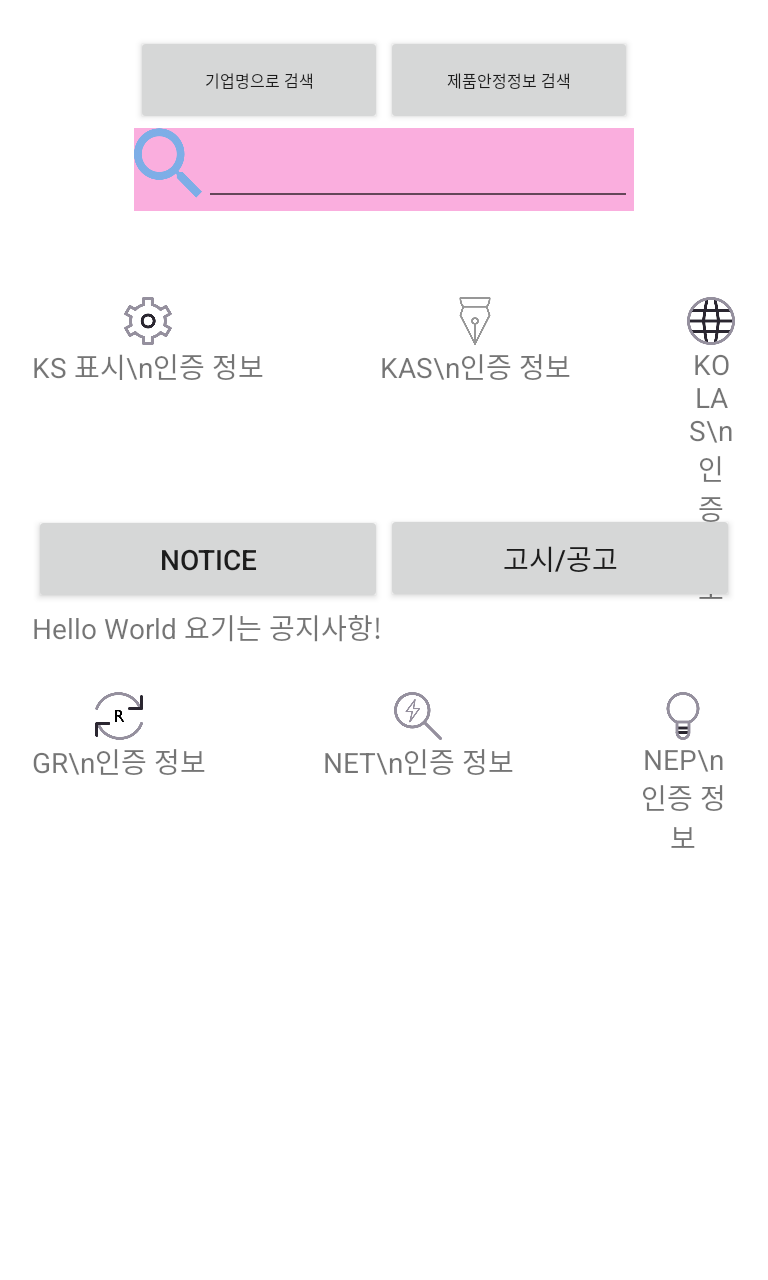
Repository: team-peony/ccfinder
Layout: android/CertifiedCompanyFinder/res/layout/fragment_main.xml
These files come from the project's save history. The layout is drawn as it stood at one moment and after the next save; the edit follows.
It is drawn on a 768 x 1280 px phone screen (xhdpi) without system bars, with theme AppTheme; the app's code is not run.

Above is the layout before, as saved 2015-02-18 17:14:17.

### android/CertifiedCompanyFinder/res/layout/fragment_main.xml
<RelativeLayout xmlns:android="http://schemas.android.com/apk/res/android"
    xmlns:tools="http://schemas.android.com/tools"
    android:layout_width="match_parent"
    android:layout_height="match_parent"
    android:paddingBottom="@dimen/activity_vertical_margin"
    android:paddingLeft="@dimen/activity_horizontal_margin"
    android:paddingRight="@dimen/activity_horizontal_margin"
    android:paddingTop="@dimen/activity_vertical_margin"
    android:background="#FFFFFF"
    tools:context="com.peony.ccfinder.MainActivity$PlaceholderFragment" >

    <!-- 검색어 입력창 부분 -->
    <LinearLayout
        android:id="@+id/main_llSearch"
        android:layout_centerHorizontal="true"
        android:layout_width="250dp"
        android:layout_height="wrap_content"
        android:orientation="vertical">

        <LinearLayout
            android:layout_width="match_parent"
            android:layout_height="wrap_content"
            android:orientation="horizontal">
            <Button
                android:id="@+id/main_btnCompany"
                android:layout_width="0dp"
                android:layout_height="wrap_content"
                android:layout_weight="1"
                android:padding="0dp"
                android:textSize="8sp"
                android:text="기업명으로 검색"/>

            <Button
                android:id="@+id/main_btnSafety"
                android:layout_width="0dp"
                android:layout_height="wrap_content"
                android:layout_weight="1"
                android:padding="0dp"
                android:textSize="8sp"
                android:text="제품안정정보 검색"/>

        </LinearLayout>

        <LinearLayout
            android:layout_width="match_parent"
            android:layout_height="wrap_content"
            android:orientation="horizontal"
            android:background="@color/cc_color_bage">

            <ImageView
                android:layout_width="34dp"
                android:layout_height="35dp"
                android:src="@drawable/search_icon" />

            <EditText
                android:id="@+id/main_etKeyword"
                android:layout_width="match_parent"
                android:layout_height="wrap_content"/>

        </LinearLayout>
    </LinearLayout>


    <!-- 카테고리 부분 -->
    <LinearLayout
        android:id="@+id/main_llCategories"
        android:layout_width="wrap_content"
        android:layout_height="wrap_content"
        android:layout_marginTop="43dp"
        android:orientation="vertical"
        android:layout_centerHorizontal="true"
        android:layout_below="@id/main_llSearch">
        <!-- 카테고리 상단 -->
        <LinearLayout
            android:layout_width="wrap_content"
            android:layout_height="wrap_content"
            android:orientation="horizontal">

            <!-- KS -->
            <LinearLayout
                android:id="@+id/main_llCategoryKs"
                android:layout_width="wrap_content"
                android:layout_height="wrap_content"
                android:orientation="vertical"
                android:gravity="center">
	            <ImageView
	                android:layout_width="@dimen/category_icon_size"
	                android:layout_height="@dimen/category_icon_size"
	                android:src="@drawable/ks_icon" />

	            <TextView
	                android:layout_width="wrap_content"
	                android:layout_height="wrap_content"
	                android:text="KS 표시\n인증 정보"
	                android:gravity="center"/>
	        </LinearLayout>

            <!-- KAS -->
            <LinearLayout
                android:id="@+id/main_llCategoryKas"
                android:layout_width="wrap_content"
                android:layout_height="wrap_content"
                android:layout_marginLeft="@dimen/category_padding"
                android:layout_marginRight="@dimen/category_padding"
                android:orientation="vertical"
                android:gravity="center">
	            <ImageView
	                android:layout_width="@dimen/category_icon_size"
	                android:layout_height="@dimen/category_icon_size"
	                android:src="@drawable/kas_icon" />

	            <TextView
	                android:layout_width="wrap_content"
	                android:layout_height="wrap_content"
	                android:text="KAS\n인증 정보"
	                android:gravity="center"/>
	        </LinearLayout>

            <!-- KOLAS -->
            <LinearLayout
                android:id="@+id/main_llCategoryKolas"
                android:layout_width="wrap_content"
                android:layout_height="wrap_content"
                android:orientation="vertical"
                android:gravity="center">
	            <ImageView
	                android:layout_width="@dimen/category_icon_size"
	                android:layout_height="@dimen/category_icon_size"
	                android:src="@drawable/kolas_icon" />

	            <TextView
	                android:layout_width="wrap_content"
	                android:layout_height="wrap_content"
	                android:text="KOLAS\n인증 정보"
	                android:gravity="center"/>
	        </LinearLayout>

        </LinearLayout>


        <!-- 카테고리 하단 -->
        <LinearLayout
            android:layout_marginTop="42dp"
            android:layout_width="wrap_content"
            android:layout_height="wrap_content"
            android:orientation="horizontal">
            <!-- GR -->
            <LinearLayout
                android:id="@+id/main_llCategoryGr"
                android:layout_width="wrap_content"
                android:layout_height="wrap_content"
                android:orientation="vertical"
                android:gravity="center">
	            <ImageView
	                android:layout_width="@dimen/category_icon_size"
	                android:layout_height="@dimen/category_icon_size"
	                android:src="@drawable/gr_icon" />

	            <TextView
	                android:layout_width="wrap_content"
	                android:layout_height="wrap_content"
	                android:text="GR\n인증 정보"
	                android:gravity="center"/>
	        </LinearLayout>

            <!-- NET -->
            <LinearLayout
                android:id="@+id/main_llCategoryNet"
                android:layout_width="wrap_content"
                android:layout_height="wrap_content"
                android:layout_marginLeft="@dimen/category_padding"
                android:layout_marginRight="@dimen/category_padding"
                android:orientation="vertical"
                android:gravity="center">
	            <ImageView
	                android:layout_width="@dimen/category_icon_size"
	                android:layout_height="@dimen/category_icon_size"
	                android:src="@drawable/net_icon" />

	            <TextView
	                android:layout_width="wrap_content"
	                android:layout_height="wrap_content"
	                android:text="NET\n인증 정보"
	                android:gravity="center"/>
	        </LinearLayout>

            <!-- NEP -->
            <LinearLayout
                android:id="@+id/main_llCategoryNep"
                android:layout_width="wrap_content"
                android:layout_height="wrap_content"
                android:orientation="vertical"
                android:gravity="center">
	            <ImageView
	                android:layout_width="@dimen/category_icon_size"
	                android:layout_height="@dimen/category_icon_size"
	                android:src="@drawable/nep_icon" />

	            <TextView
	                android:layout_width="wrap_content"
	                android:layout_height="wrap_content"
	                android:text="NEP\n인증 정보"
	                android:gravity="center"/>
	        </LinearLayout>

        </LinearLayout>

    </LinearLayout>

    <!-- 공지 사항 -->
    <LinearLayout
        android:id="@+id/main_llNoticeArea"
        android:layout_width="match_parent"
        android:layout_height="wrap_content"
        android:orientation="vertical"
        android:layout_alignParentBottom="true">

        <!-- 공지 탭 -->
        <LinearLayout
            android:layout_width="match_parent"
            android:layout_height="wrap_content"
            android:orientation="horizontal">
            <Button
	            android:id="@+id/main_btnTabNotice"
	            android:layout_width="0dp"
	            android:layout_height="wrap_content"
	            android:layout_weight="1"
	            android:text="NOTICE"/>

	        <Button
	            android:id="@+id/main_btnTabGosi"
	            android:layout_width="0dp"
	            android:layout_height="wrap_content"
	            android:layout_weight="1"
	            android:text="고시/공고"/>
        </LinearLayout>

        <TextView
            android:layout_width="match_parent"
            android:layout_height="150dp"
            android:text="Hello World 요기는 공지사항!"/>

        <Button
	            android:id="@+id/main_btnReadMore"
	            android:layout_width="0dp"
	            android:layout_height="wrap_content"
	            android:layout_weight="1"
	            android:text="Read more"/>
    </LinearLayout>

</RelativeLayout>

### android/CertifiedCompanyFinder/res/values/styles.xml
<resources>

    <!--
        Base application theme, dependent on API level. This theme is replaced
        by AppBaseTheme from res/values-vXX/styles.xml on newer devices.
    -->
    <style name="AppBaseTheme" parent="Theme.AppCompat.Light">
        <!--
            Theme customizations available in newer API levels can go in
            res/values-vXX/styles.xml, while customizations related to
            backward-compatibility can go here.
        -->
    </style>

    <!-- Application theme. -->
    <style name="AppTheme" parent="AppBaseTheme">
        <!-- All customizations that are NOT specific to a particular API-level can go here. -->
    </style>

</resources>

### android/CertifiedCompanyFinder/res/values/dimens.xml
<resources>

    <!-- Default screen margins, per the Android Design guidelines. -->
    <dimen name="activity_horizontal_margin">16dp</dimen>
    <dimen name="activity_vertical_margin">16dp</dimen>
	<dimen name="category_icon_size">24dp</dimen>
	<dimen name="category_padding">58dp</dimen>
</resources>

### android/CertifiedCompanyFinder/res/values/colors.xml
<?xml version="1.0" encoding="utf-8"?>
<resources>
    <color name="cc_color_bage">#faaede</color>

</resources>

Loaded but not shown: android/CertifiedCompanyFinder/res/values-v11/styles.xml (common file); android/CertifiedCompanyFinder/res/values-v14/styles.xml (common file); android/CertifiedCompanyFinder/res/values-w820dp/dimens.xml (common file)

After the next save:
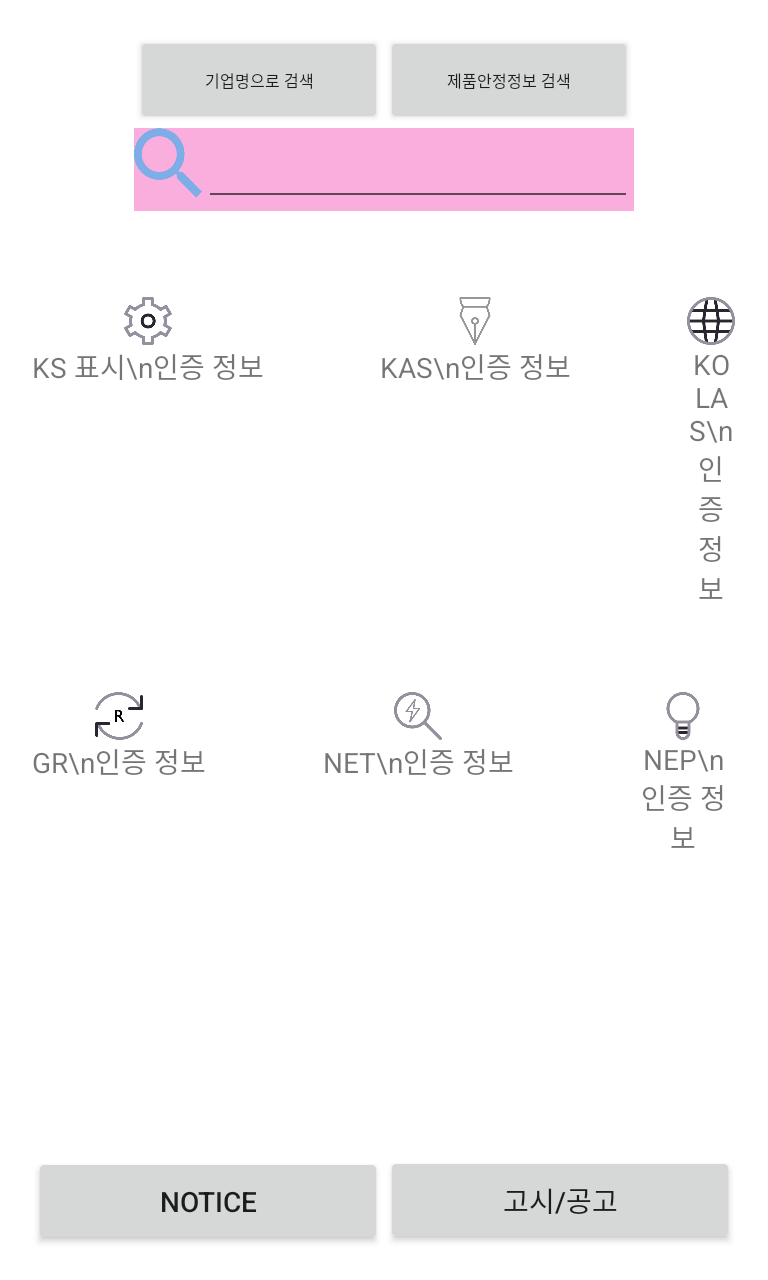
Saved 26 s later.
--- a/android/CertifiedCompanyFinder/res/layout/fragment_main.xml
+++ b/android/CertifiedCompanyFinder/res/layout/fragment_main.xml
@@ -235,17 +235,7 @@
 	            android:text="고시/공고"/>
         </LinearLayout>
 
-        <TextView
-            android:layout_width="match_parent"
-            android:layout_height="150dp"
-            android:text="Hello World 요기는 공지사항!"/>
-
-        <Button
-	            android:id="@+id/main_btnReadMore"
-	            android:layout_width="0dp"
-	            android:layout_height="wrap_content"
-	            android:layout_weight="1"
-	            android:text="Read more"/>
+
     </LinearLayout>
 
 </RelativeLayout>

After the save that followed:
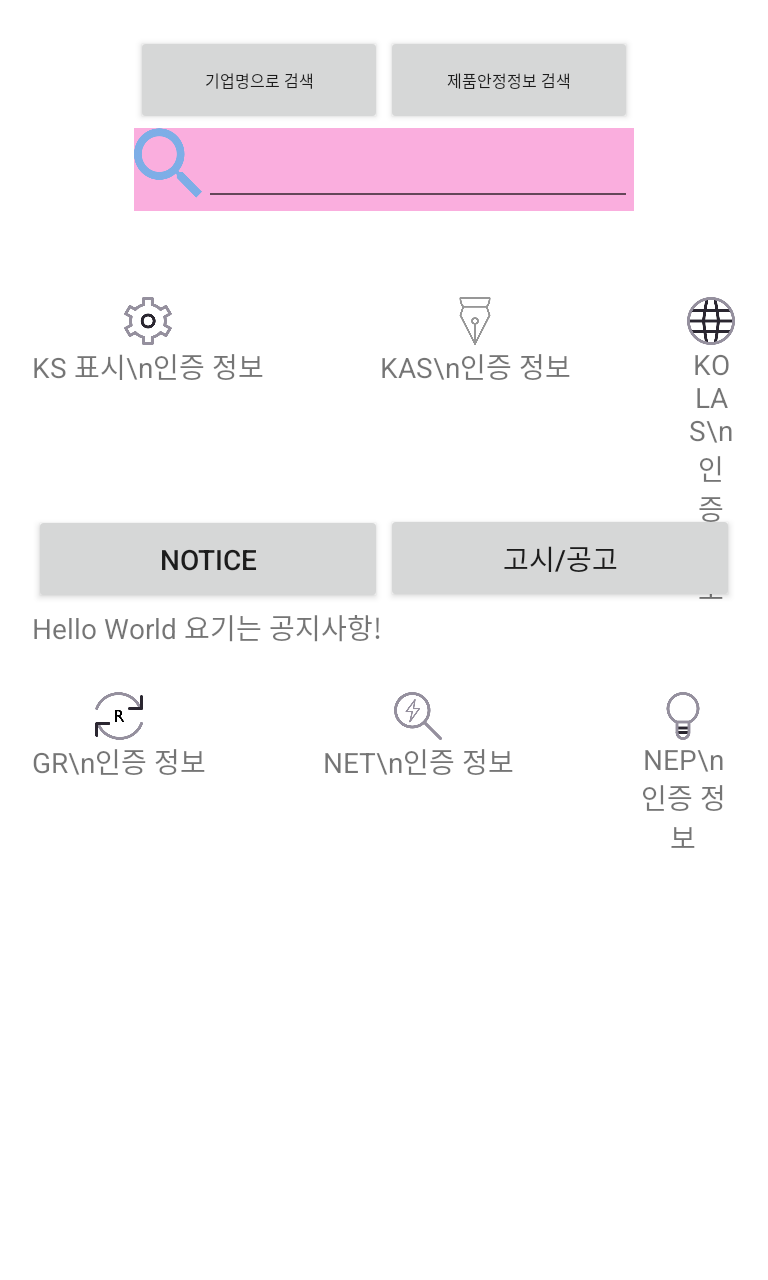
Saved 6 s later.
--- a/android/CertifiedCompanyFinder/res/layout/fragment_main.xml
+++ b/android/CertifiedCompanyFinder/res/layout/fragment_main.xml
@@ -235,7 +235,17 @@
 	            android:text="고시/공고"/>
         </LinearLayout>
 
-
+        <TextView
+            android:layout_width="match_parent"
+            android:layout_height="150dp"
+            android:text="Hello World 요기는 공지사항!"/>
+
+        <Button
+	            android:id="@+id/main_btnReadMore"
+	            android:layout_width="0dp"
+	            android:layout_height="wrap_content"
+	            android:layout_weight="1"
+	            android:text="Read more"/>
     </LinearLayout>
 
 </RelativeLayout>
